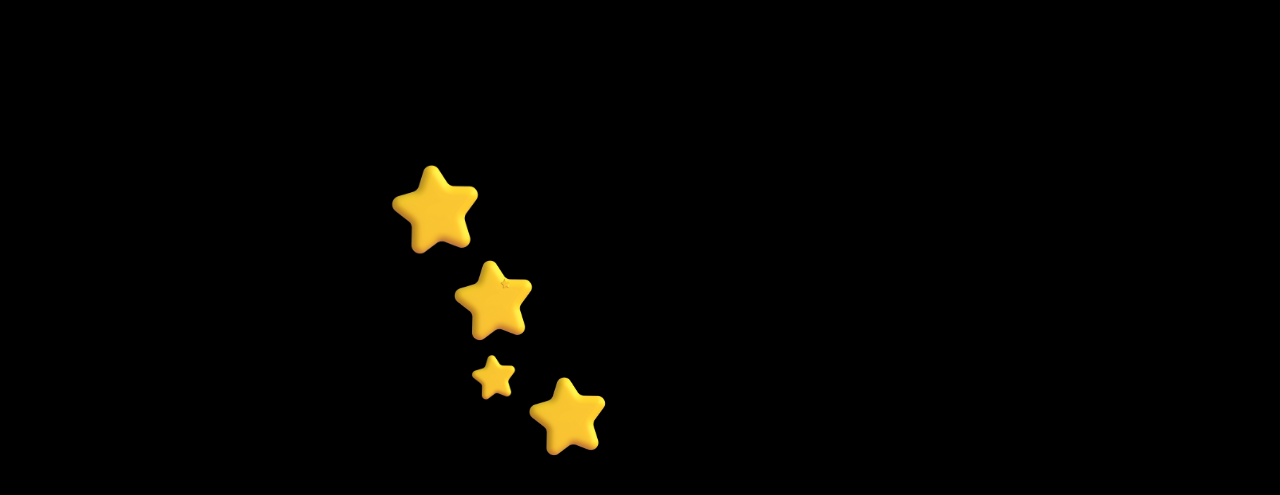
Repository: heartbreathing/Star-game
Page: index.html
An editor plug-in stored every save of this project. The page is shown before and after a run of saves, followed by the edit.
The browser window is 1280 px wide. The pictures show the whole page.

Above is the page before, as saved 2022-10-28 23:19:24.

### index.html
<!DOCTYPE html>
<html lang="en">
  <head>
    <meta charset="UTF-8" />
    <meta http-equiv="X-UA-Compatible" content="IE=edge" />
    <meta name="viewport" content="width=device-width, initial-scale=1.0" />
    <title>Document</title>
    <style>
      body {
        background-color: black;
      }
    </style>
  </head>
  <body>
    <script>
      function star() {
        let timer = setInterval(function () {
          var obj = document.createElement('img');

          var wid = Math.floor(Math.random() * 100 + 10);
          obj.width = wid;
          var x = Math.floor(Math.random() * 500 + 100);
          var y = Math.floor(Math.random() * 300 + 100);
          obj.style.position = 'absolute';
          obj.style.top = y + 'px';
          obj.style.left = x + 'px';
          obj.src = './image/star.png';
          //   obj[z - index] = 9999;
          document.body.appendChild(obj);
          obj.addEventListener('click', function () {
            this.removeChild(this);
          });
        }, 1000);
      }
      star();
    </script>
  </body>
</html>

After the next 2 saves:
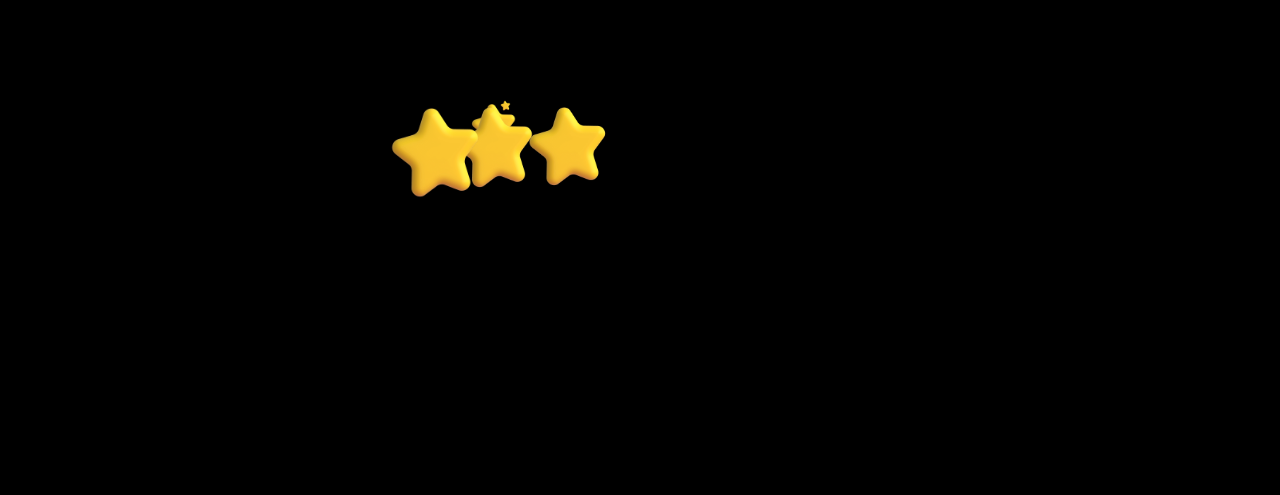
The 2 saves are shown as one change because they came seconds apart.
The last was saved 8 s later.
--- a/index.html
+++ b/index.html
@@ -20,7 +20,7 @@
           var wid = Math.floor(Math.random() * 100 + 10);
           obj.width = wid;
           var x = Math.floor(Math.random() * 500 + 100);
-          var y = Math.floor(Math.random() * 300 + 100);
+          var y = Math.floor(Math.random() * 00 + 100);
           obj.style.position = 'absolute';
           obj.style.top = y + 'px';
           obj.style.left = x + 'px';
@@ -28,7 +28,7 @@
           //   obj[z - index] = 9999;
           document.body.appendChild(obj);
           obj.addEventListener('click', function () {
-            this.removeChild(this);
+            this.parentNode.removeChild(this);
           });
         }, 1000);
       }

After the 2 saves that followed:
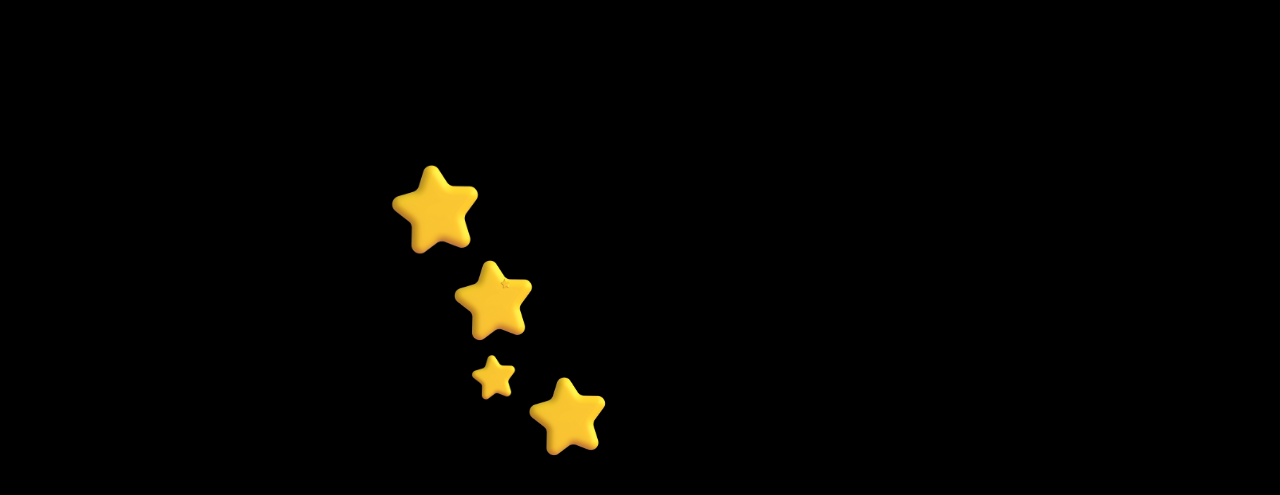
The 2 saves are shown as one change because they came seconds apart.
The last was saved 7 s later.
--- a/index.html
+++ b/index.html
@@ -20,7 +20,7 @@
           var wid = Math.floor(Math.random() * 100 + 10);
           obj.width = wid;
           var x = Math.floor(Math.random() * 500 + 100);
-          var y = Math.floor(Math.random() * 00 + 100);
+          var y = Math.floor(Math.random() * 300 + 100);
           obj.style.position = 'absolute';
           obj.style.top = y + 'px';
           obj.style.left = x + 'px';
